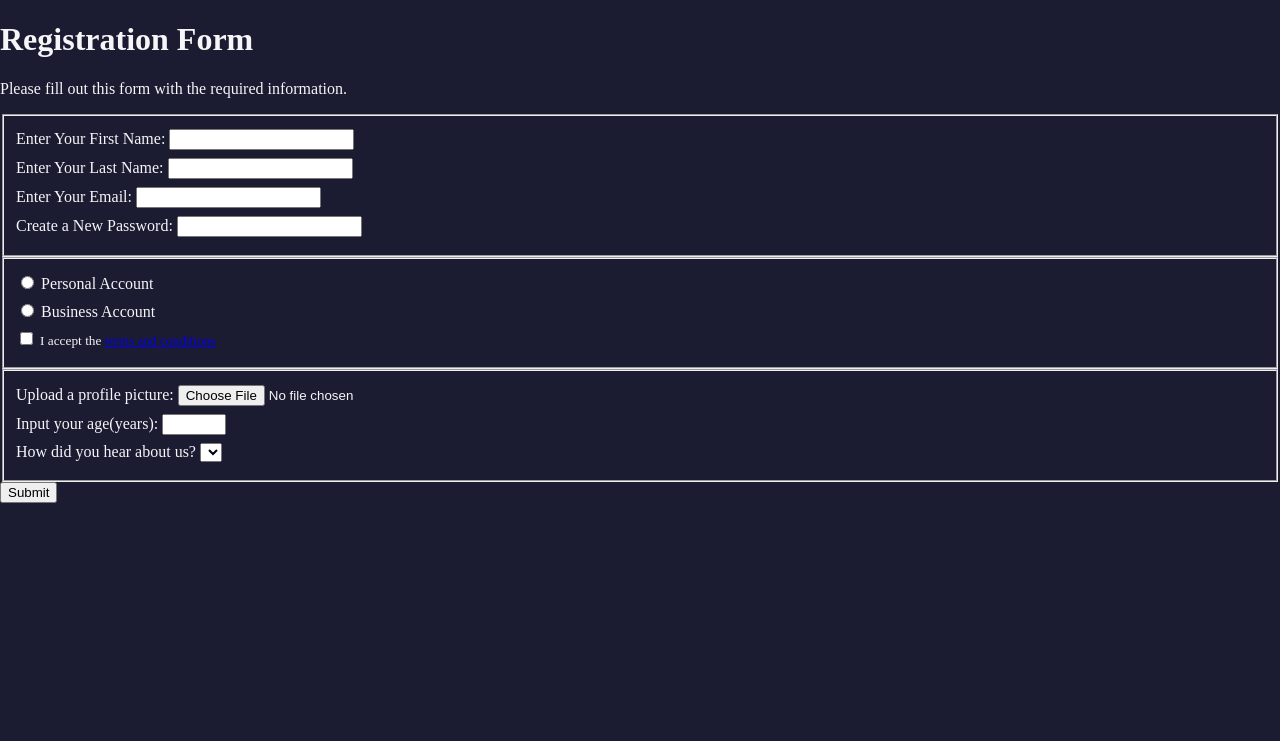
Repository: Lungdjos/registration_form
Page: index.html
An editor plug-in stored every save of this project. The page is shown before and after a run of saves, followed by the edit.
The browser window is 1280 px wide. The pictures show the whole page.

Above is the page before, as saved 2023-09-28 15:46:43.

After the next 2 saves:
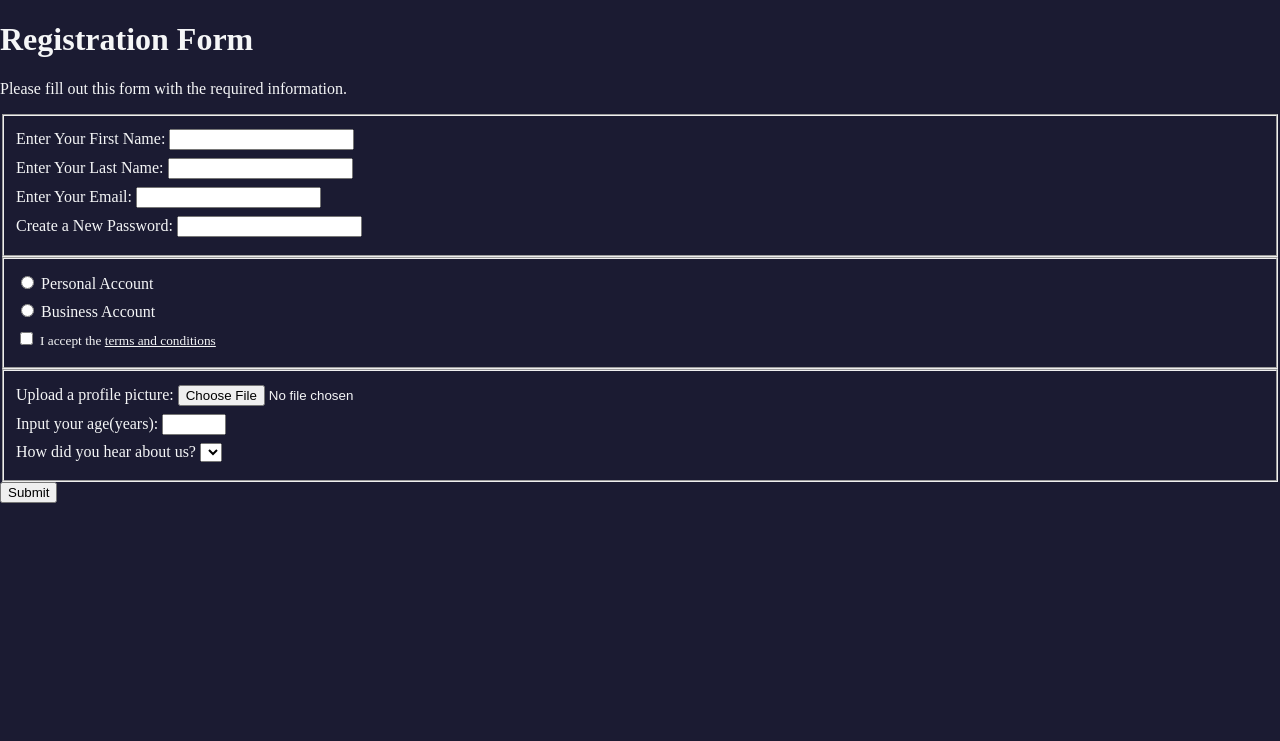
The 2 saves are shown as one change because they came seconds apart.
The last was saved 7 s later.
--- a/indexStyles.css
+++ b/indexStyles.css
@@ -15,5 +15,5 @@ label {
 }
 
 a {
-    color:
+    color: #f5f6f7;
 }
